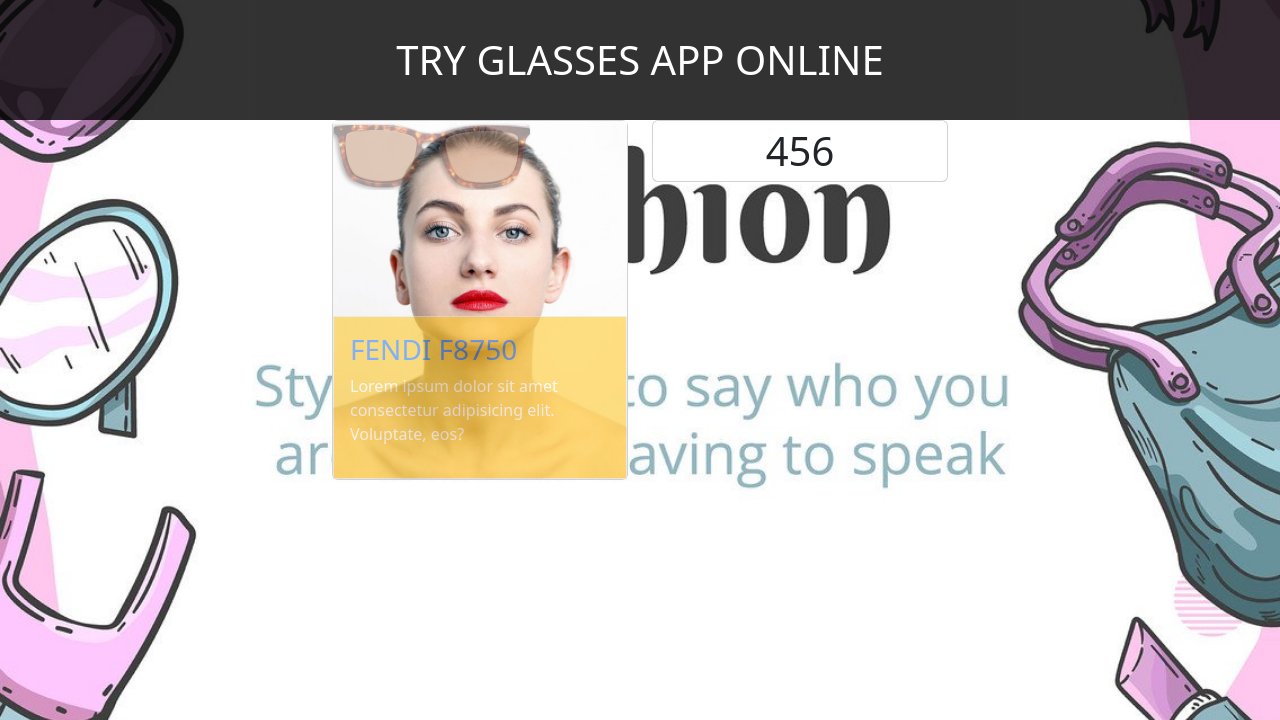
Repository: akira17518/React_JS_Glasses
Page: /
These files come from the project's save history. The page is drawn as it stood at one moment and after the next save; the edit follows.
The browser window is 1280 px wide. The pictures show the whole page.
The project was rebuilt for these pictures with package versions that can differ from the ones it lists, and the page was loaded fresh each time.

Above is the page before, as saved 2023-05-10 10:31:10.

### public/index.html
<!DOCTYPE html>
<html lang="en">

<head>
  <meta charset="utf-8" />
  <link rel="icon" href="%PUBLIC_URL%/favicon.ico" />
  <meta name="viewport" content="width=device-width, initial-scale=1" />
  <meta name="theme-color" content="#000000" />
  <meta name="description" content="Web site created using create-react-app" />
  <link rel="apple-touch-icon" href="%PUBLIC_URL%/logo192.png" />
  <!--
      manifest.json provides metadata used when your web app is installed on a
      user's mobile device or desktop. See https://developers.google.com/web/fundamentals/web-app-manifest/
    -->
  <link rel="manifest" href="%PUBLIC_URL%/manifest.json" />
  <link href="https://cdn.jsdelivr.net/npm/bootstrap@5.3.0-alpha3/dist/css/bootstrap.min.css" rel="stylesheet"
    integrity="sha384-KK94CHFLLe+nY2dmCWGMq91rCGa5gtU4mk92HdvYe+M/SXH301p5ILy+dN9+nJOZ" crossorigin="anonymous">
  <!--
      Notice the use of %PUBLIC_URL% in the tags above.
      It will be replaced with the URL of the `public` folder during the build.
      Only files inside the `public` folder can be referenced from the HTML.

      Unlike "/favicon.ico" or "favicon.ico", "%PUBLIC_URL%/favicon.ico" will
      work correctly both with client-side routing and a non-root public URL.
      Learn how to configure a non-root public URL by running `npm run build`.
    -->
  <title>React App</title>
</head>

<body class="">
  <noscript>You need to enable JavaScript to run this app.</noscript>
  <div id="root"></div>
  <!--
      This HTML file is a template.
      If you open it directly in the browser, you will see an empty page.

      You can add webfonts, meta tags, or analytics to this file.
      The build step will place the bundled scripts into the <body> tag.

      To begin the development, run `npm start` or `yarn start`.
      To create a production bundle, use `npm run build` or `yarn build`.
    -->
  <script src="https://cdn.jsdelivr.net/npm/bootstrap@5.3.0-alpha3/dist/js/bootstrap.bundle.min.js"
    integrity="sha384-ENjdO4Dr2bkBIFxQpeoTz1HIcje39Wm4jDKdf19U8gI4ddQ3GYNS7NTKfAdVQSZe"
    crossorigin="anonymous"></script>
</body>

</html>

### src/index.js
import React from 'react';
import ReactDOM from 'react-dom/client';
import App from './App';

const root = ReactDOM.createRoot(document.getElementById('root'));
root.render(
    <App></App>
);

### src/App.js
import React, { Component } from 'react'
import BaiTapSetState from './BTsetState/BaiTapSetState'
import appCSS from './assets/app.module.css'
export default class App extends Component {
    render() {
        return (
            <div className={`${appCSS.app} vh-100`}>
                <BaiTapSetState></BaiTapSetState>
            </div>
        )
    }
}

### src/BTsetState/BaiTapSetState.jsx
import React, { Component } from 'react'
import HeaderComponent from './HeaderComponent'
import Content from './Content'

export default class extends Component {
  render() {
    return (
      <div>
        <div>
          <HeaderComponent></HeaderComponent>
        </div>
        <div className='w-50 m-auto fs-1 text-center'>
          <Content></Content>
        </div>
      </div>
    )
  }
}

### src/assets/app.module.css
.app {
    background:  url(../../public/img/background.jpg);
    background-position: center;
    background-repeat: no-repeat;
    background-size: cover;
}

### src/BTsetState/HeaderComponent.jsx
import React, { Component } from 'react'
import headerStyle from '../assets/header.module.css'
export default class HeaderComponent extends Component {
    render() {
        return (
            <div className={`${headerStyle.header}`}>TRY GLASSES APP ONLINE</div>
        )
    }
}

### src/BTsetState/Content.jsx
import React, { Component } from 'react'
import glassCSS from "../assets/glass.module.css"
export default class Content extends Component {
  render() {
    return (
      <div className='container'>
        <div className="top-model">
          <div className="row">
            <div className="col-6">
              <div className='card-left card position relative'>
              <img src="./img/v7.png" alt=""  className='position-absolute opacity-50' width={200}/>
                <img src="./img/model.jpg" alt="" />
                <div className="card-body fs-6 text-start position-absolute bottom-0 end-0 start-0 opacity-50 bg-warning border">
                  <h3 className='text-primary'>FENDI F8750</h3>
                  <p className='text-white'>Lorem ipsum dolor sit amet consectetur adipisicing elit. Voluptate, eos?</p>
                </div>
              </div>
            </div>
            <div className="col-6">
              <div className='card-right card'>
                <img src="" alt="" />
                456
              </div>
            </div>
          </div>
        </div>

      </div>
    )
  }
}

### src/assets/header.module.css
.header {
    background-color: black;
    opacity: 0.8;
    color: #fff;
    text-align: center;
    font-size: 40px;
    padding: 30px;
}

### src/assets/glass.module.css
.glass {
    position: absolute;
    bottom: 60%;
    left: 21%;
}

After the next save:
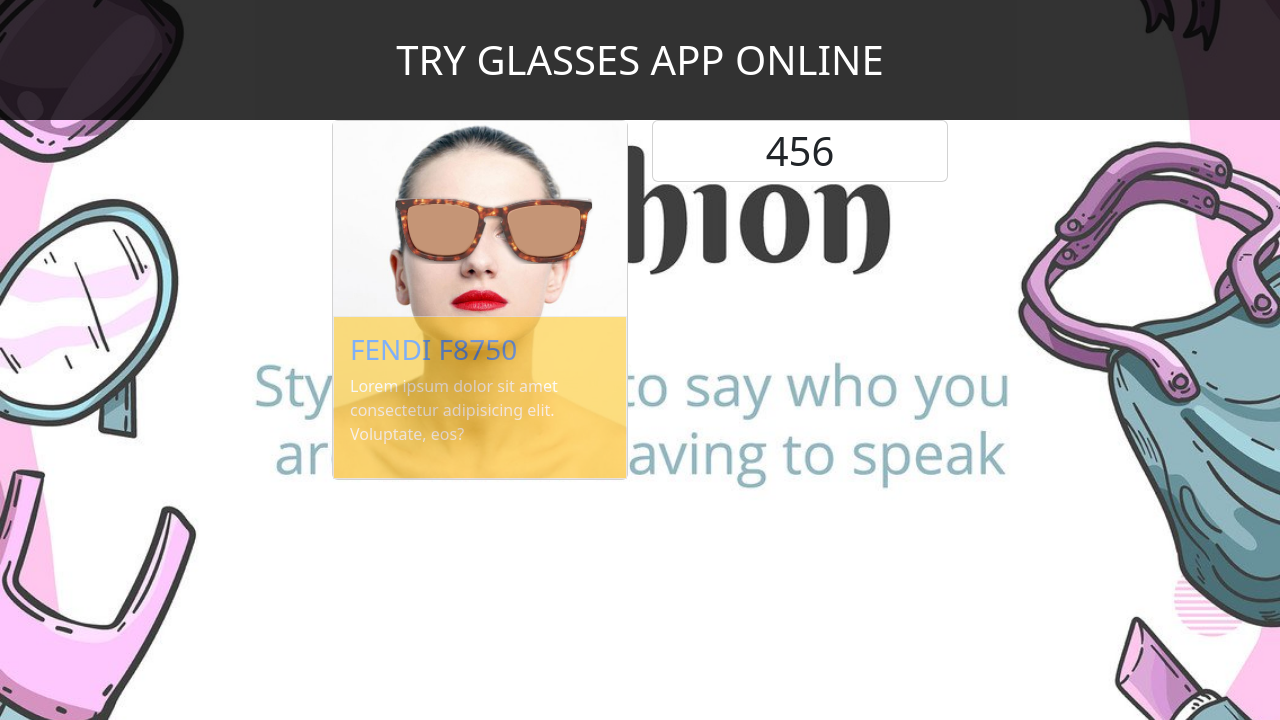
Saved 28 s later.
--- a/src/BTsetState/Content.jsx
+++ b/src/BTsetState/Content.jsx
@@ -8,7 +8,7 @@
           <div className="row">
             <div className="col-6">
               <div className='card-left card position relative'>
-              <img src="./img/v7.png" alt=""  className='position-absolute opacity-50' width={200}/>
+              <img src="./img/v7.png" alt=""  className={`${glassCSS.glass}`} width={200}/>
                 <img src="./img/model.jpg" alt="" />
                 <div className="card-body fs-6 text-start position-absolute bottom-0 end-0 start-0 opacity-50 bg-warning border">
                   <h3 className='text-primary'>FENDI F8750</h3>
